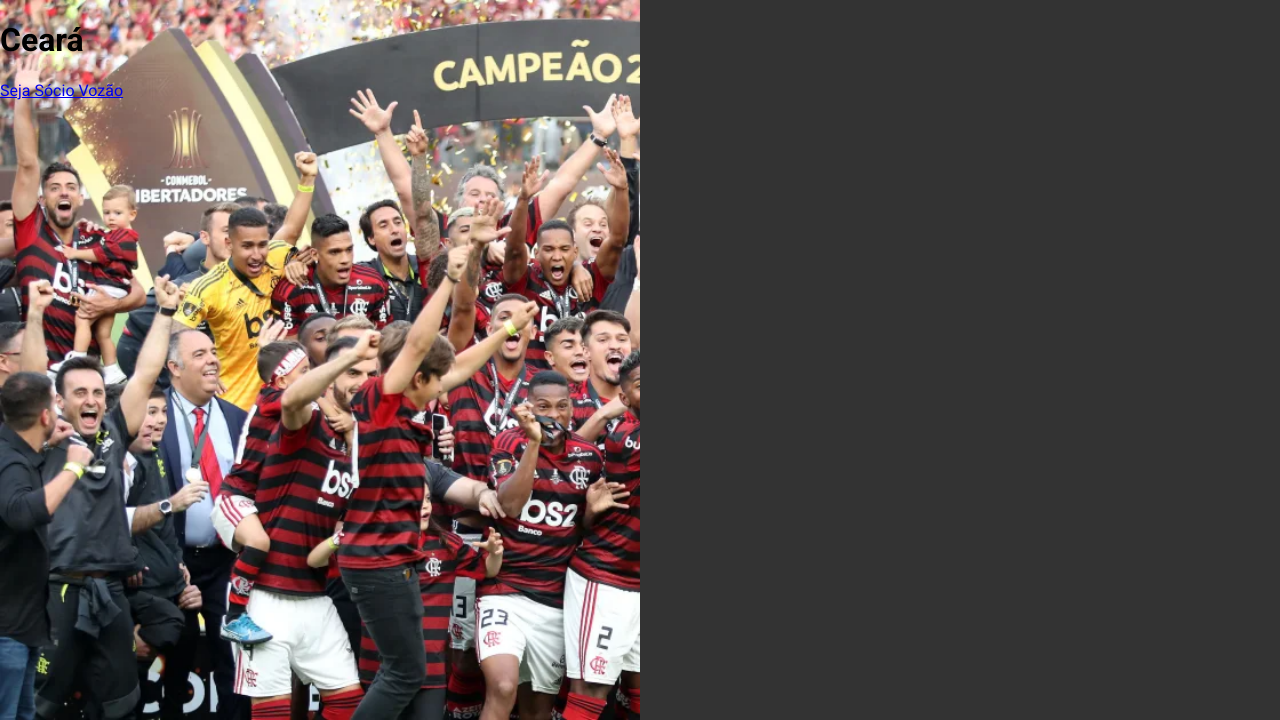
Repository: Williamlmachado/Divis-o-de-P-gina
Page: index.html
An editor plug-in stored every save of this project. The page is shown before and after the next save, followed by the edit.
The browser window is 1280 px wide. The pictures show the whole page.

Above is the page before, as saved 2021-08-17 09:46:26.

After the next save:
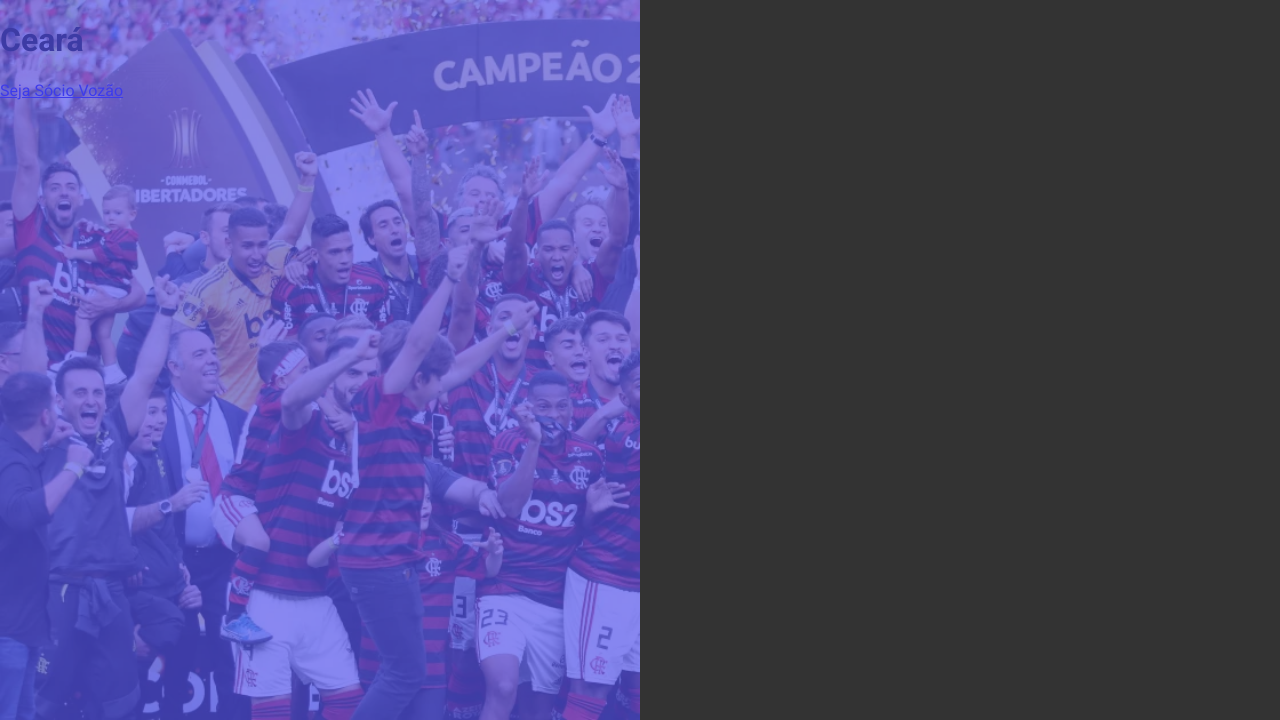
Saved 6 s later.
--- a/style.css
+++ b/style.css
@@ -44,7 +44,7 @@
     position: absolute;
     width: 100%;
     height: 100%;
-    background-color: var;
+    background-color: var(--left-bg-color);
 }
 .split.right{
     right: 0;
